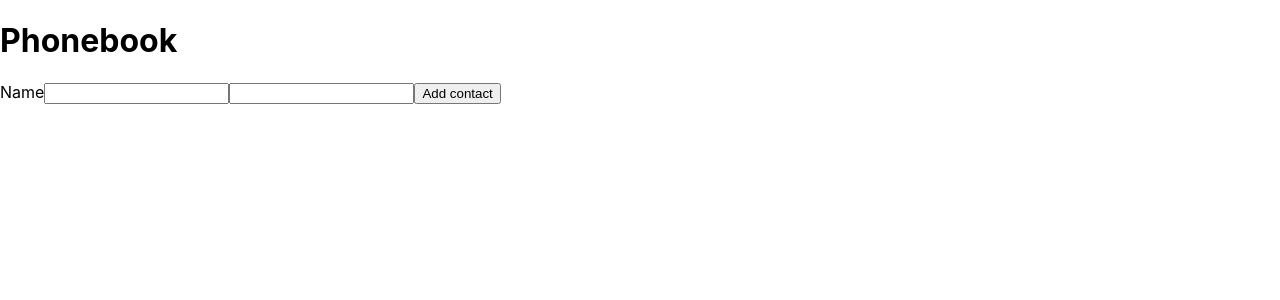
Repository: alexshlikhta/goit-react-hw-02-phonebook
Page: /
An editor plug-in stored every save of this project. The page is shown before and after the next save, followed by the edit.
The browser window is 1280 px wide. The pictures show the whole page.
The project was rebuilt for these pictures with package versions that can differ from the ones it lists, and the page was loaded fresh each time. Also part of the build but not shown: src/App.css.

Above is the page before, as saved 2021-12-08 23:00:16.

### src/App.js
import './App.css';
import React, { Component } from 'react';
import { nanoid } from 'nanoid';

export default class App extends Component {
	state = {
		contacts: [],
		name: '',
		number: '',
	};

	userExist = false;

	handleChange = (e) => {
		this.setState({
			[e.target.getAttribute('name')]: e.target.value,
		});
	};

	handleSubmit = (e) => {
		e.preventDefault();

		if (!this.state.contacts.includes(this.state.name)) {
			this.userExist = false;
			this.setState((prevState) => ({
				contacts: [...prevState.contacts, { name: this.state.name, number: this.state.number }],
			}));
			this.clearFields();
		} else {
			this.userExist = true;
			this.clearFields();
		}
	};

	handleDeleteItem = (e) => {};

	clearFields = () => {
		this.setState({
			name: '',
			number: '',
		});
	};

	render() {
		const userExist = this.userExist;

		return (
			<>
				<h1>Phonebook</h1>

				<form onSubmit={this.handleSubmit}>
					<label>
						Name
						<input
							type='text'
							name='name'
							pattern="^[a-zA-Zа-яА-Я]+(([' -][a-zA-Zа-яА-Я ])?[a-zA-Zа-яА-Я]*)*$"
							title="Name may contain only letters, apostrophe, dash and spaces. For example Adrian, Jacob Mercer, Charles de Batz de Castelmore d'Artagnan"
							required
							value={this.state.name}
							onChange={this.handleChange}
						/>
					</label>

					<label>
						<input
							type='tel'
							name='number'
							pattern='\+?\d{1,4}?[-.\s]?\(?\d{1,3}?\)?[-.\s]?\d{1,4}[-.\s]?\d{1,4}[-.\s]?\d{1,9}'
							title='Phone number must be digits and can contain spaces, dashes, parentheses and can start with +'
							required
							value={this.state.number}
							onChange={this.handleChange}
						/>
					</label>

					<button type='submit'>Add contact</button>
				</form>

				<ul>
					{this.state.contacts.map((el, index) => (
						<li id={nanoid()} key={index}>
							{el.name} ---
							{el.number}
							<button onClick={this.handleDeleteItem}>Delete</button>
						</li>
					))}
					{userExist ? <span>This user exists</span> : ''}
				</ul>
			</>
		);
	}
}

Loaded but not shown: public/index.html (common file); src/index.js (common file); src/index.css (common file)

After the next save:
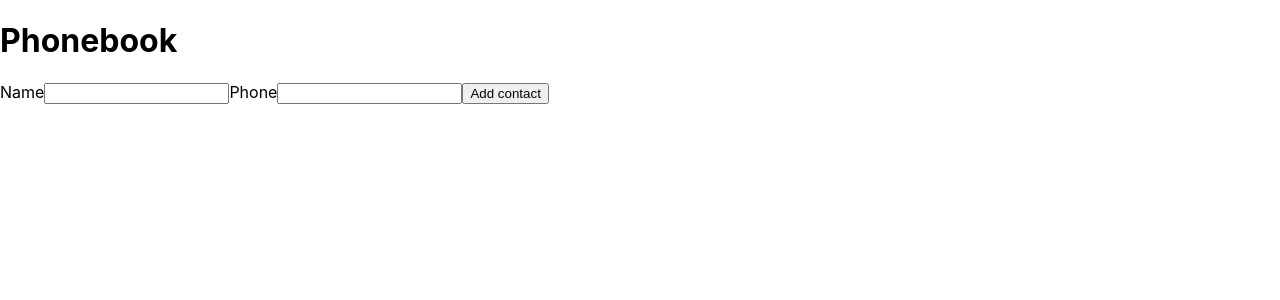
Saved 5 s later.
--- a/src/App.js
+++ b/src/App.js
@@ -63,6 +63,7 @@ export default class App extends Component {
 					</label>
 
 					<label>
+						Phone
 						<input
 							type='tel'
 							name='number'
